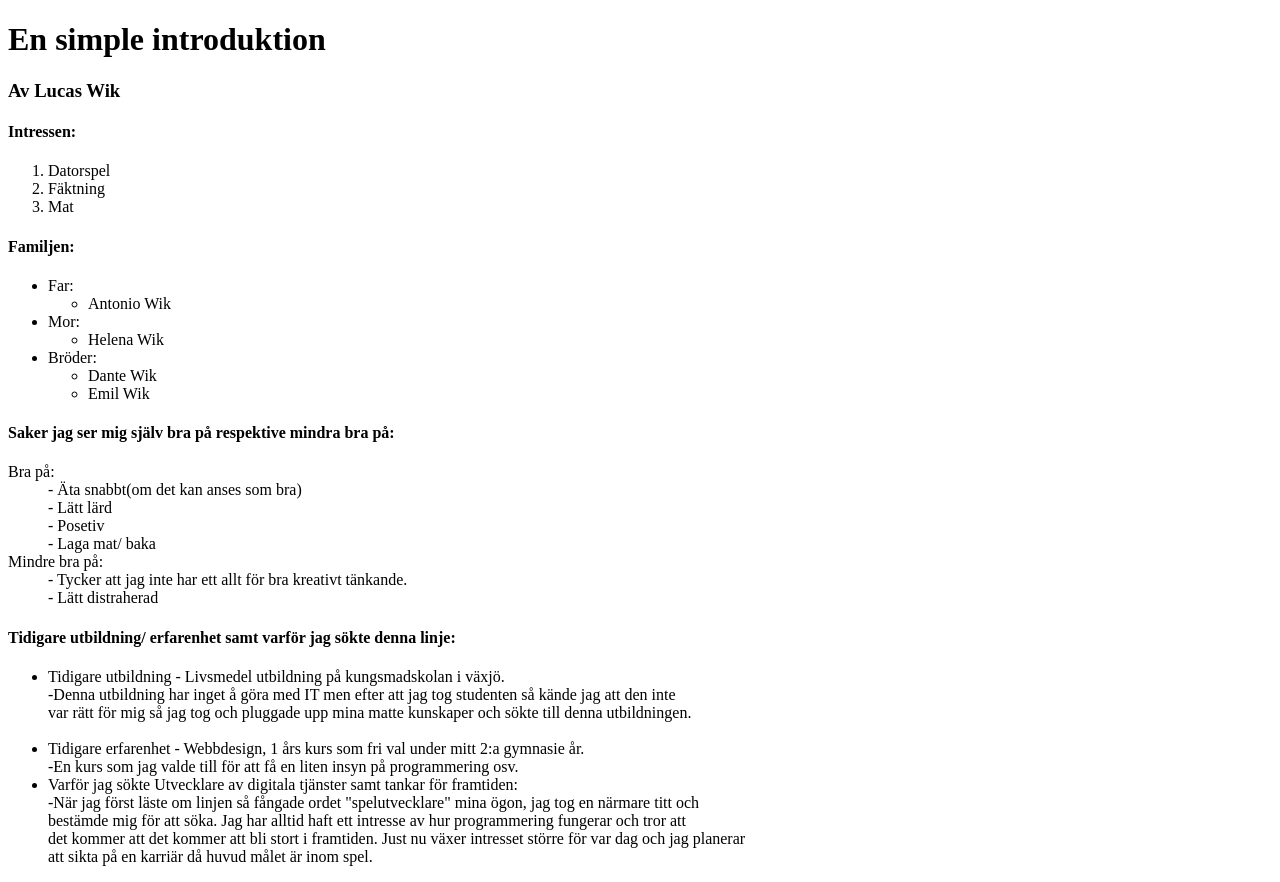
Repository: lw222gz/1ik415-laborationer
Page: Pages/presentation.html
The author's editor kept a record of every edit. The page is drawn from the files as they stood at one moment, then again after the next edit.
The browser window is 1280 px wide. The pictures show the whole page.

Above is the page before.

After the next edit:
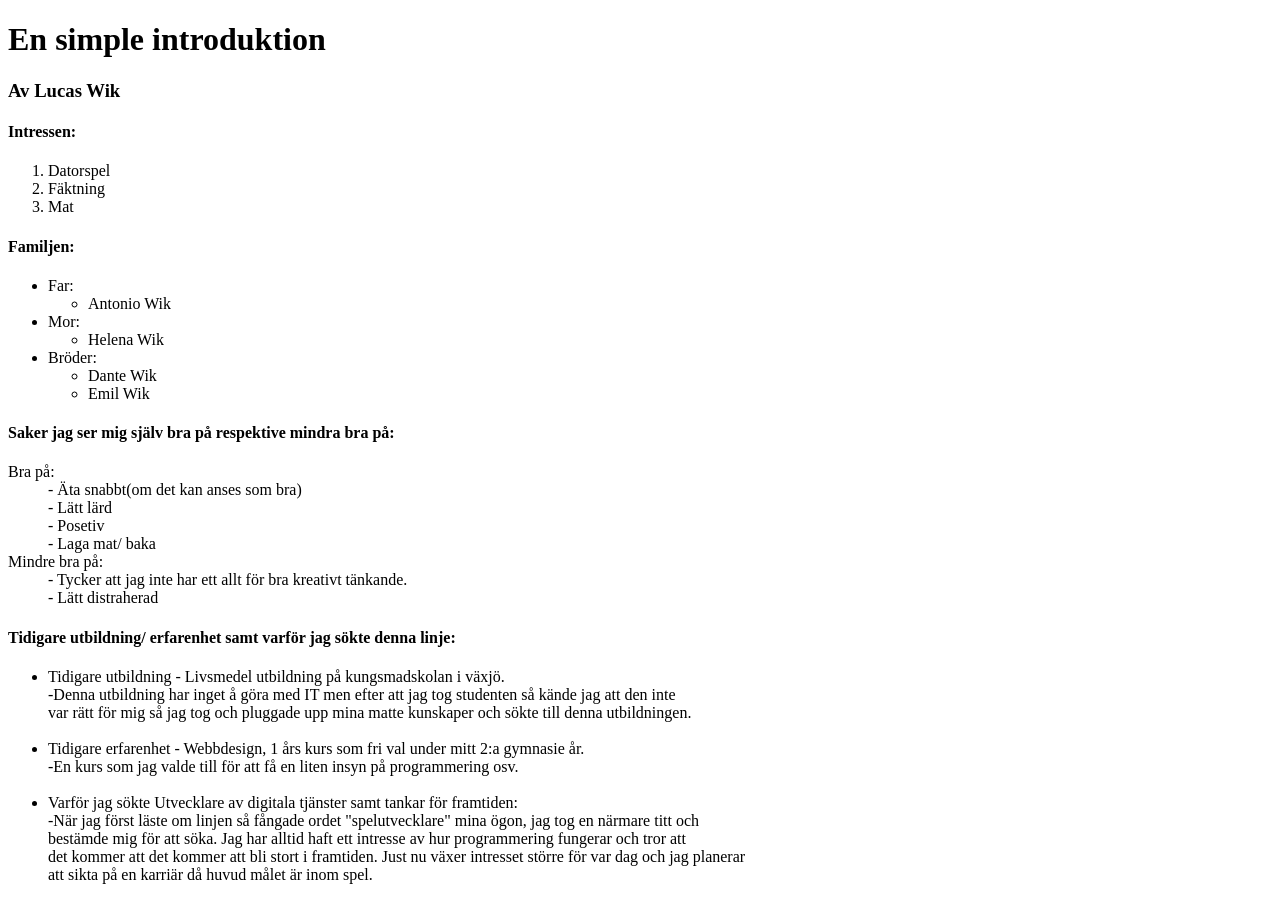
The edit:
--- a/Pages/presentation.html
+++ b/Pages/presentation.html
@@ -77,7 +77,7 @@
 
 
     <li>Tidigare erfarenhet - Webbdesign, 1 års kurs som fri val under mitt 2:a gymnasie år. <br />
-        -En kurs som jag valde till för att få en liten insyn på programmering osv.
+        -En kurs som jag valde till för att få en liten insyn på programmering osv. <br /><br />
     </li>
 
 
